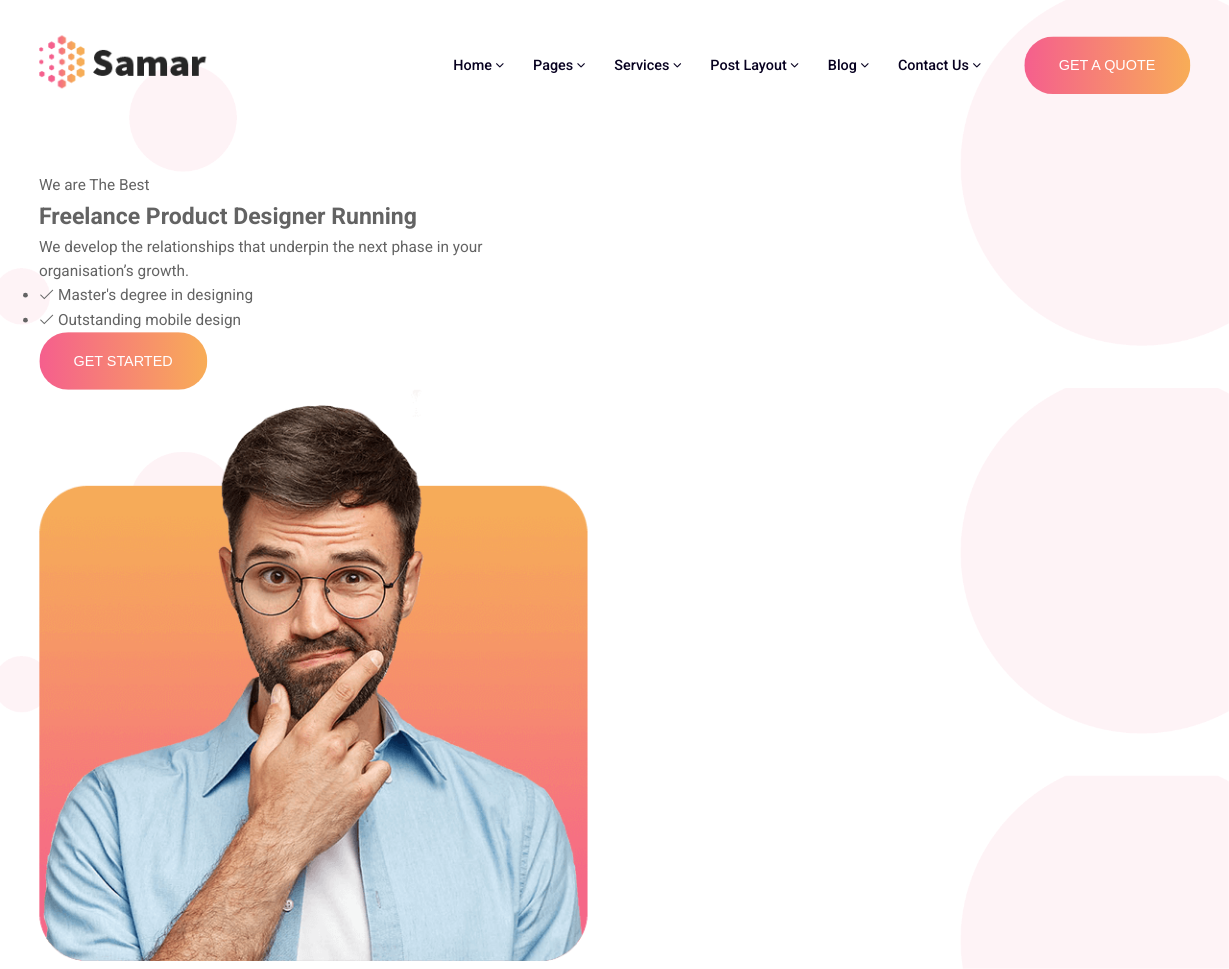
Repository: ducdatit2002/samar
Page: index.html
An editor plug-in stored every save of this project. The page is shown before and after the next save, followed by the edit.
The browser window is 1280 px wide. The pictures show the whole page, at 96% of full size.

Above is the page before, as saved 2023-07-26 23:31:38.

After the next save:
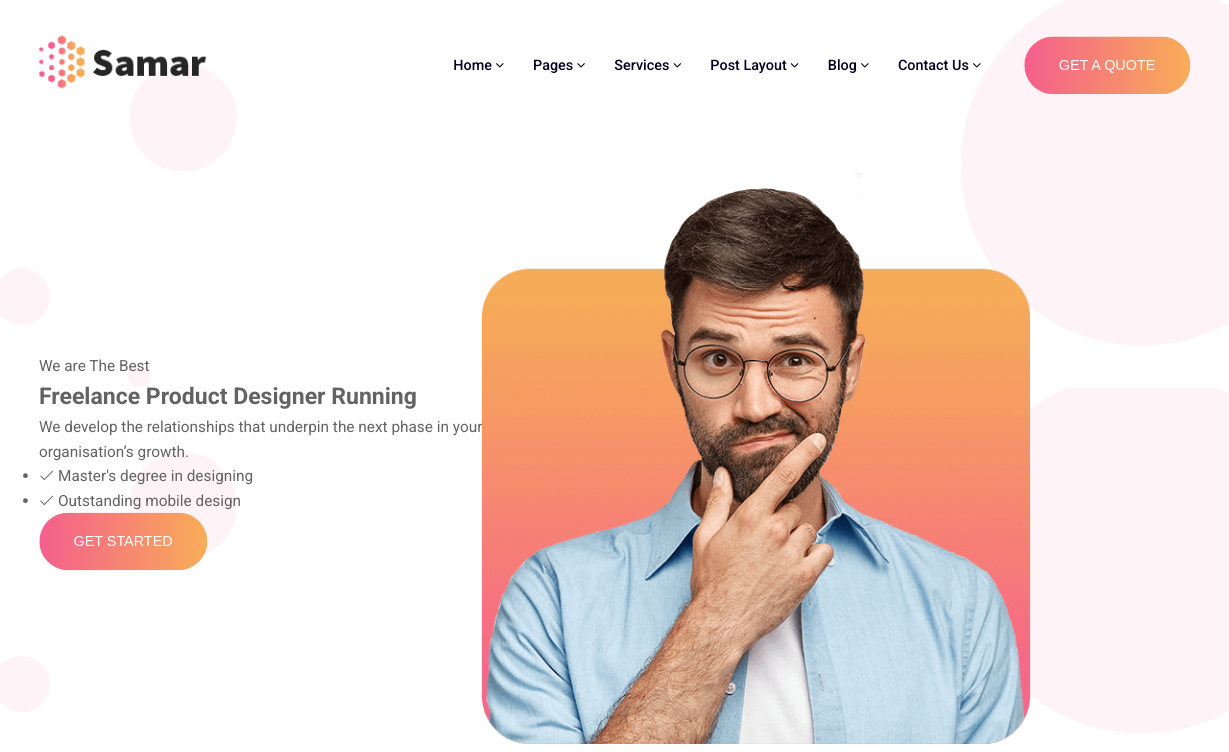
Saved 18 s later.
--- a/index.css
+++ b/index.css
@@ -98,7 +98,10 @@
     background-position: top;
     background-size: 100%;
 }
-
+.saCarousel__content {
+    display: flex;
+    align-items: center;
+}
 /*Animation */
 @keyframes upToDown {
   49% {
